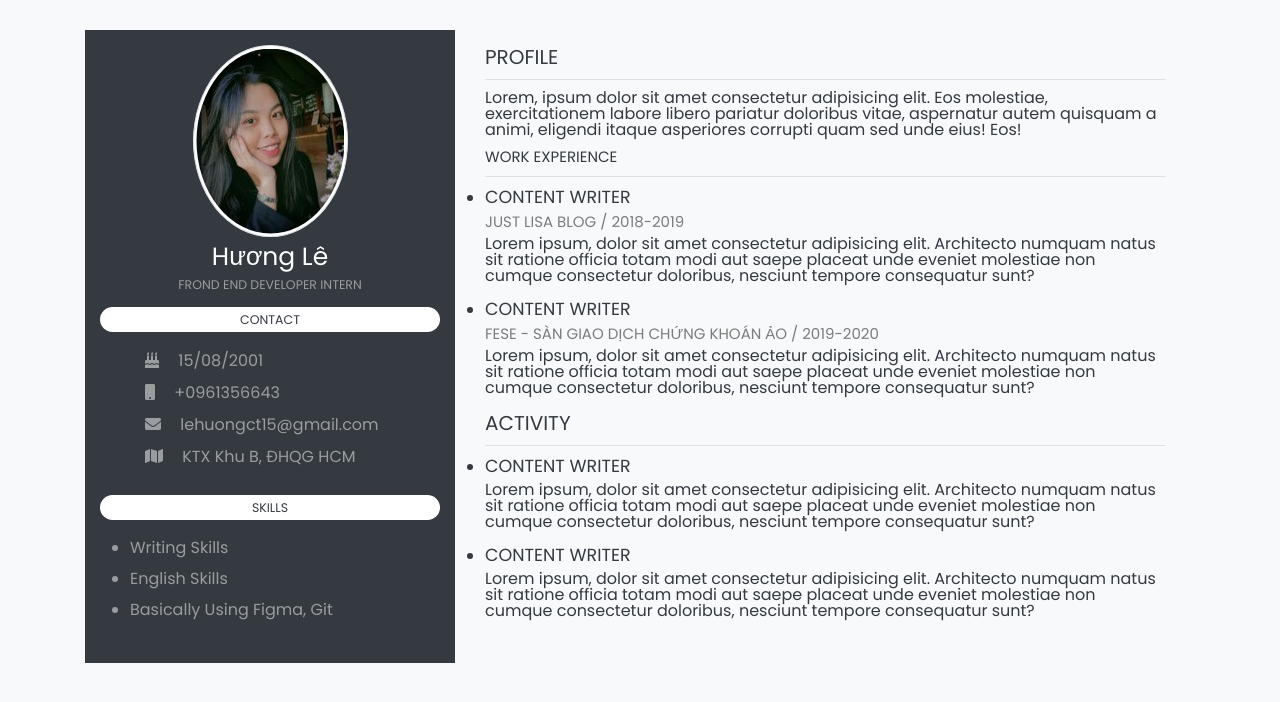
Repository: huongle158/cvhuongle
Page: index.html
The author's editor kept a copy of each file at every save. The page is drawn from the files as they stood at one save, then again after the next save.
The browser window is 1280 px wide. The pictures show the whole page.
Some web libraries are served in a nearby version.

Above is the page before, as saved 2021-12-12 23:50:11.

After the next save:
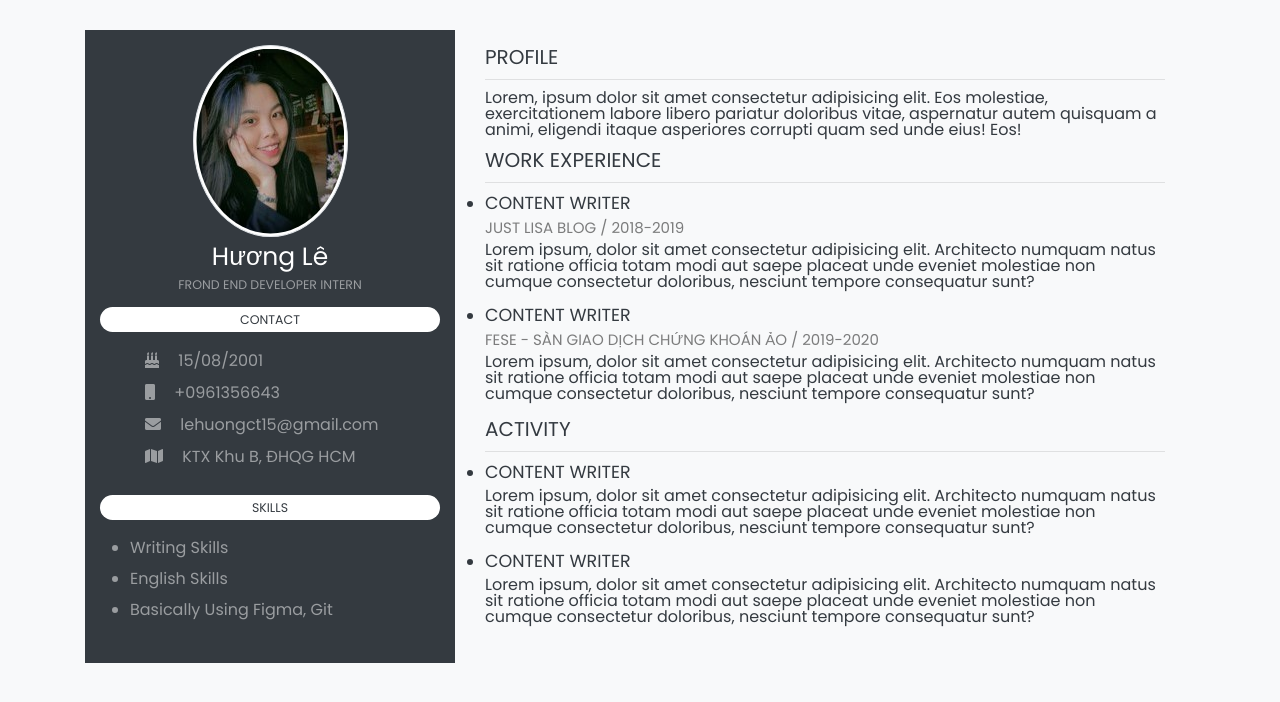
Saved 13 s later.
--- a/index.html
+++ b/index.html
@@ -81,7 +81,7 @@
 
             </div>
             <div>
-                <h4 class="text-uppercase">Work Experience</h4>
+                <h2 class="text-uppercase">Work Experience</h2>
                 <hr>
                 <ul class="list">
                 <li class="list-item mb-4">
